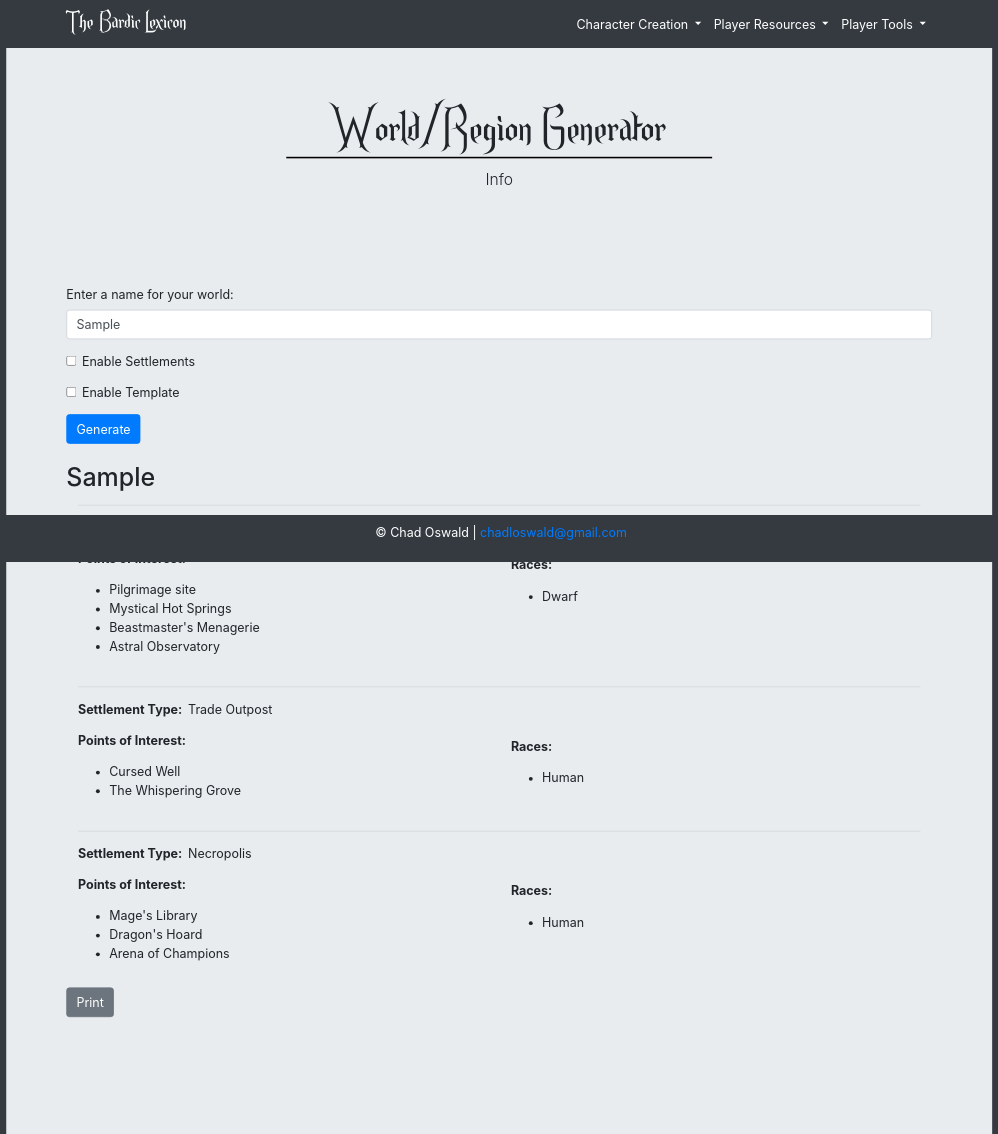
Repository: ChaidGPT/TheBardicLexicon
Page: playerTools/worldGenerator.html
These files come from the project's save history. The page is drawn as it stood at one moment and after the next save; the edit follows.
The browser window is 1280 px wide. The pictures show the whole page, at 78% of full size.
Empty fields were first filled with sample values (such as "Sample", 5 or name@example.com).
After loading, the first visible `#worldForm` was submitted once.

Above is the page before, as saved 2024-02-05 14:40:17.

After the next save:
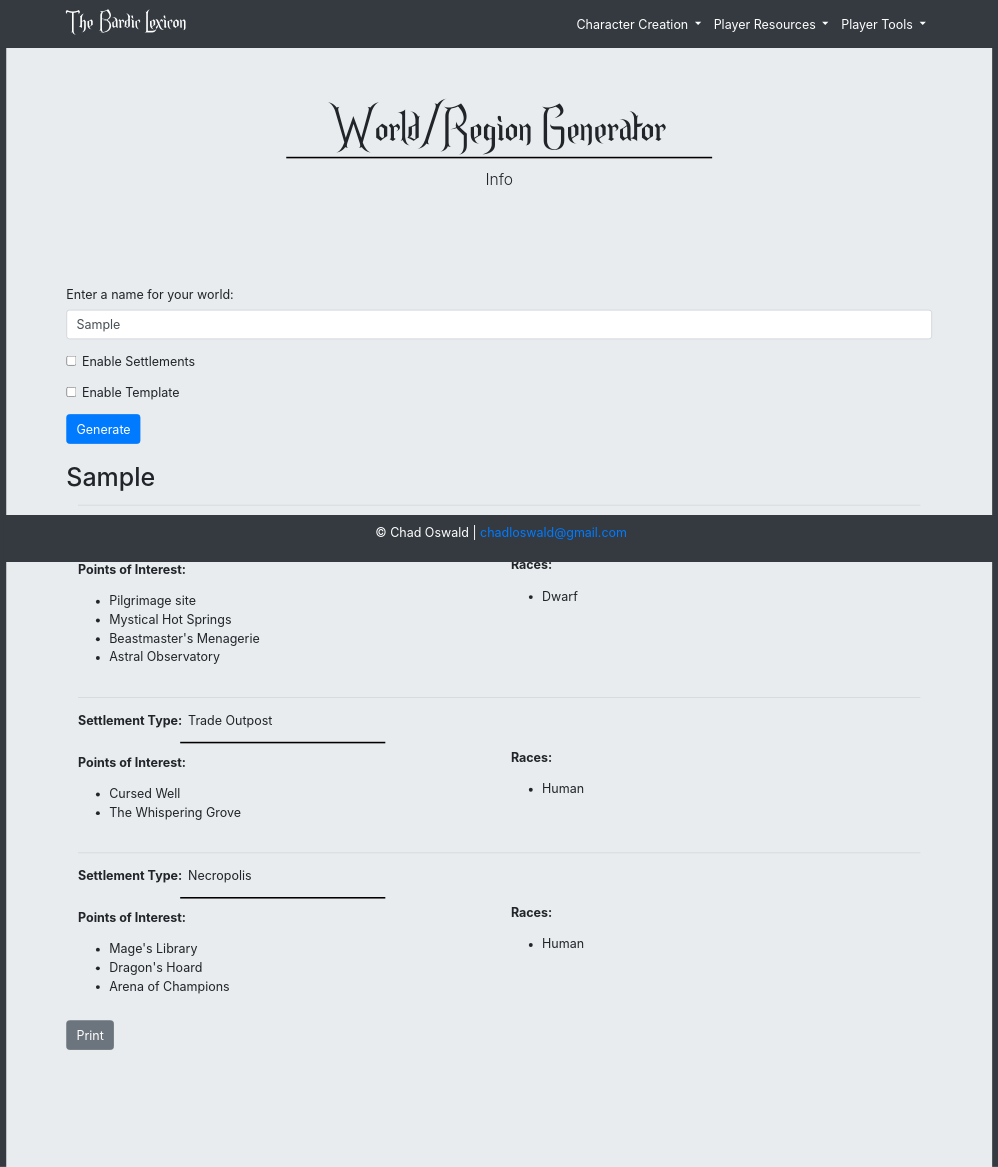
Saved 101 s later.
--- a/playerTools/worldGenerator.js
+++ b/playerTools/worldGenerator.js
@@ -435,6 +435,7 @@ document.addEventListener("DOMContentLoaded", function () {
           <div class="row">
             <div class="col-md-6">
               <p><strong>Settlement Type: &nbsp</strong>${selectedSettlement.name}</p>
+              <div class="horizontal-line"></div>
               <p><strong>Points of Interest:</strong></p><ul>`;
 
         content += selectedSettlementPOI
